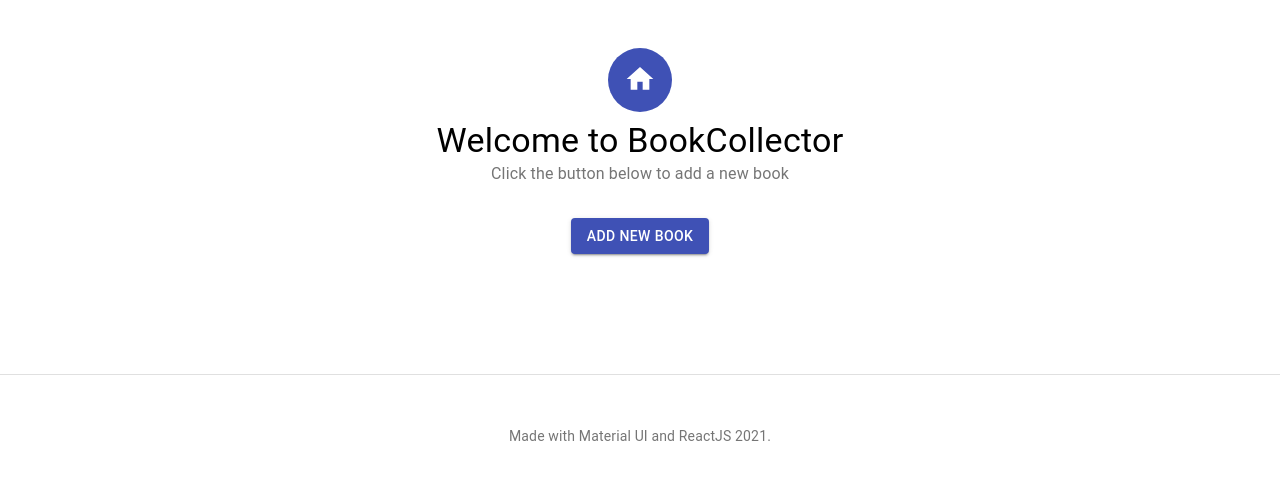
Repository: Colo-Codes/mini-project-react-book-collector
Page: /
An editor plug-in stored every save of this project. The page is shown before and after the next save, followed by the edit.
The browser window is 1280 px wide. The pictures show the whole page.
The project was rebuilt for these pictures with package versions that can differ from the ones it lists, and the page was loaded fresh each time. Also part of the build but not shown: src/Books/BooksGridItem.js, src/Books/AddBookForm.js.

Above is the page before, as saved 2021-08-25 14:06:20.

### src/App.js
import React, { useState } from 'react';

import { Box, Button, Divider, makeStyles } from '@material-ui/core';
import { Home } from '@material-ui/icons';

import AddBookForm from './Books/AddBookForm';
import Copyright from './UI/Copyright';
import Header from './UI/Header';
import BooksGrid from './Books/BooksGrid';

const useStyles = makeStyles(theme => ({
  paper: {
    marginTop: theme.spacing(5),
    marginBottom: theme.spacing(15),
    display: 'flex',
    flexDirection: 'column',
    alignItems: 'center',
  },
  icon: {
    color: 'white',
    width: theme.spacing(4),
    height: theme.spacing(4),
  },
  button: {
    marginTop: theme.spacing(4),
  },
  grid: {
    marginTop: theme.spacing(4),
  },
  footer: {
    marginV: theme.spacing(4),
  },
}));

function App() {
  const [showAddBookForm, setShowAddBookForm] = useState(false);
  const [bookList, setBookList] = useState('');

  const classes = useStyles();

  const addNewBookHandler = () => {
    setShowAddBookForm(true);
  }

  const hideFormHandler = () => {
    setShowAddBookForm(false);
  }

  // 'Lifting state up' function
  const newBookHandler = newBook => {
    setBookList(prevBook => [...prevBook, newBook]);
  }

  // 'Lifting state up' function
  const deleteBookHandler = bookId => {
    setBookList(prevBook => prevBook.filter(book => book.id !== bookId));
  }

  return (
    <React.Fragment>
      <header className={classes.paper}>
        {showAddBookForm && <AddBookForm onNewBook={newBookHandler} onHideForm={hideFormHandler} />} {/* Conditional Rendering */}
        {!showAddBookForm && <Header headerIcon={<Home className={classes.icon} />} headerContent={'Welcome to BookCollector'} textContent={'Click the button below to add a new book'} />} {/* Conditional Rendering */}
        {!showAddBookForm && <Button variant="contained" color="primary" onClick={addNewBookHandler} className={classes.button} >Add new book</Button>} {/* Conditional Rendering */}
      </header>
      <main>
        <Divider></Divider>
        <BooksGrid bookList={bookList} onDeleteBook={deleteBookHandler} />
      </main>
      <footer>
        <Box my={8}><Copyright /></Box>
      </footer>
    </React.Fragment>
  );
}

export default App;

### src/UI/Copyright.js
import { Typography } from "@material-ui/core";
import { Link } from "@material-ui/core";

function Copyright() {
    return (
        <Typography variant="body2" color="textSecondary" align="center">
            {'Made with '}
            <Link color="inherit" href="https://material-ui.com/" target="_blank">
                Material UI
            </Link>{' and '}
            <Link color="inherit" href="https://reactjs.org/" target="_blank">
                ReactJS
            </Link>{' '}
            {new Date().getFullYear()}
            {'.'}
        </Typography>
    );
}

export default Copyright;

### src/UI/Header.js
import { Avatar, Typography, makeStyles } from "@material-ui/core";
import { Home } from '@material-ui/icons';

const useStyles = makeStyles(theme => ({
    paper: {
        // marginTop: theme.spacing(10),
        display: 'flex',
        flexDirection: 'column',
        alignItems: 'center',
        margin: theme.spacing(0),
    },
    avatar: {
        margin: theme.spacing(1),
        width: theme.spacing(8),
        height: theme.spacing(8),
        backgroundColor: theme.palette.primary.main,
    },
    lightGray: {
        color: theme.palette.text.secondary,
    },
}));

const Header = props => {
    const classes = useStyles();

    return (
        <div className={classes.paper}>
            <Avatar className={classes.avatar}>
                <div className={classes.icon}>{props.headerIcon}</div>
            </Avatar>
            <Typography variant="h4" component="h2">{props.headerContent}</Typography>
            <Typography variant="body1" className={classes.lightGray}>{props.textContent}</Typography>
        </div>
    );
}

export default Header;

### src/Books/BooksGrid.js
import { Container, Grid } from '@material-ui/core';
import { useState } from 'react';
import BooksGridItem from './BooksGridItem';

const BooksGrid = props => {

    return (
        <Container>
            <Grid container spacing={3} direction="row"
                justifyContent="center"
                alignItems="stretch">
                {props.bookList.length > 0 && props.bookList.map(bookItem =>
                    <BooksGridItem key={bookItem.id} id={bookItem.id} title={bookItem.title} author={bookItem.author} onDelete={props.onDeleteBook} />
                )}
            </Grid>
        </Container>
    );
}

export default BooksGrid;

Loaded but not shown: public/index.html (common file); src/index.js (common file); src/index.css (common file)

After the next save:
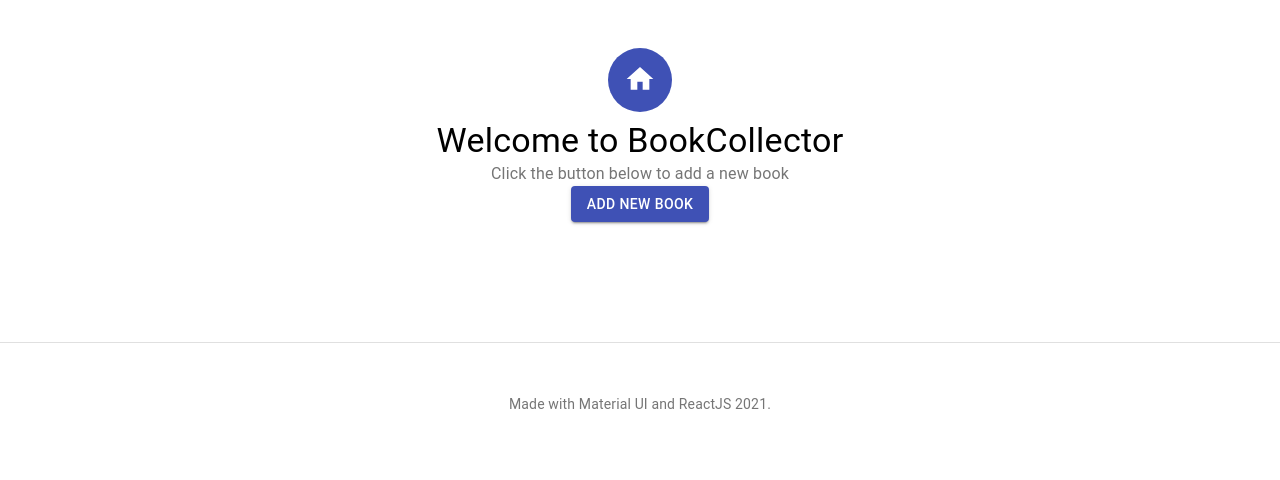
Saved 46 s later.
--- a/src/App.js
+++ b/src/App.js
@@ -22,7 +22,7 @@
     height: theme.spacing(4),
   },
   button: {
-    marginTop: theme.spacing(4),
+    // marginTop: theme.spacing(4),
   },
   grid: {
     marginTop: theme.spacing(4),

After the save that followed:
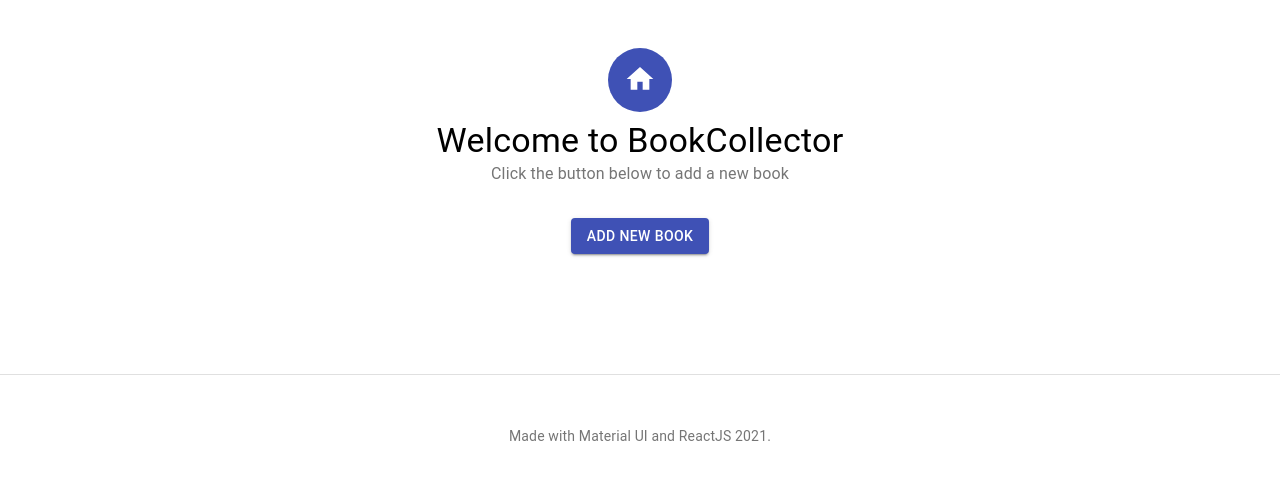
Saved 4 s later.
--- a/src/App.js
+++ b/src/App.js
@@ -22,7 +22,7 @@
     height: theme.spacing(4),
   },
   button: {
-    // marginTop: theme.spacing(4),
+    marginTop: theme.spacing(4),
   },
   grid: {
     marginTop: theme.spacing(4),
